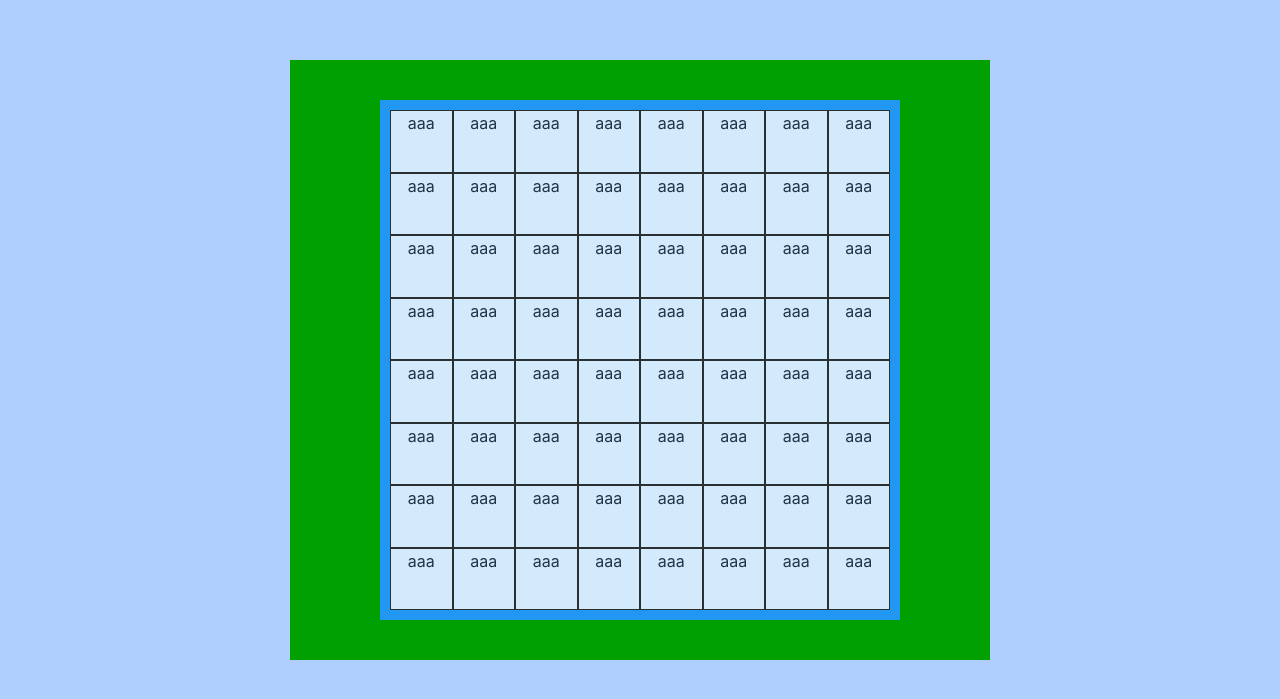
Repository: eliaoucohen72/react-reversi
Page: /
An editor plug-in stored every save of this project. The page is shown before and after a run of saves, followed by the edit.
The browser window is 1280 px wide. The pictures show the whole page.
The project was rebuilt for these pictures with package versions that can differ from the ones it lists, and the page was loaded fresh each time. Also part of the build but not shown: vite.config.ts.

Above is the page before, as saved 2024-08-26 12:55:49.

### src/App.tsx
import "./App.css";

function App() {
  const returnBoard = () =>
    Array.from({ length: 64 }, (x: number) => {
      return <div className="grid-item">{x}aaa</div>;
    });

  return (
    <div className="wrapper">
      <div className="subWrapper">
        <div className="grid-container">{returnBoard()}</div>
      </div>
    </div>
  );
}

export default App;

### src/App.css
.wrapper {
  width: 100vw;
  height: 100vh;
  background-color: #afcffe;
  position: relative;
}

.subWrapper {
  position: absolute;
  width: 700px;
  height: 600px;
  background-color: #00a000;
  top: 50%;
  left: 50%;
  transform: translate(-50%, -50%);
  display: flex;
  align-items: center;
  justify-content: center;
}

.grid-container {
  display: grid;
  grid-template-columns: 12.5% 12.5% 12.5% 12.5% 12.5% 12.5% 12.5% 12.5%;
  background-color: #2196f3;
  padding: 10px;
  width: 500px;
  height: 500px;
}
.grid-item {
  background-color: rgba(255, 255, 255, 0.8);
  border: 1px solid rgba(0, 0, 0, 0.8);
  text-align: center;
  font-size: 16px;
}

Loaded but not shown: index.html (common file); src/main.tsx (common file); src/index.css (common file)

After the next 3 saves:
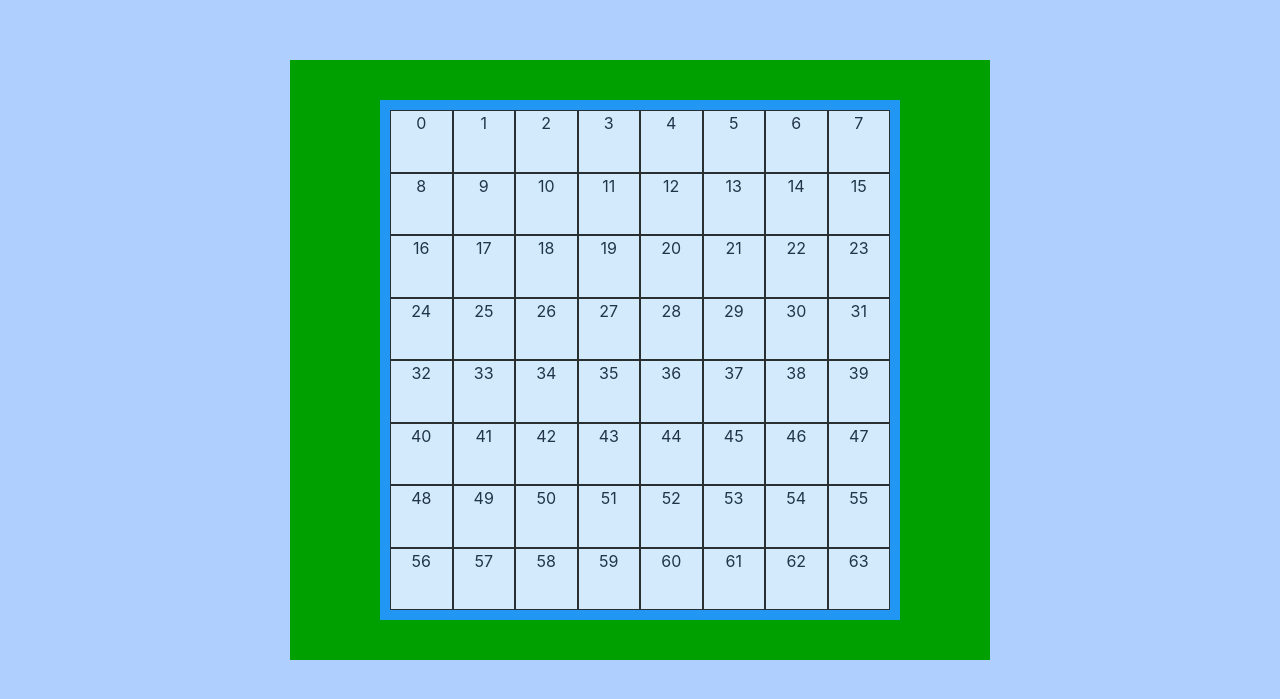
The 3 saves are shown as one change because they came seconds apart.
The last was saved 14 s later.
--- a/src/App.tsx
+++ b/src/App.tsx
@@ -2,8 +2,8 @@ import "./App.css";
 
 function App() {
   const returnBoard = () =>
-    Array.from({ length: 64 }, (x: number) => {
-      return <div className="grid-item">{x}aaa</div>;
+    Array.from({ length: 64 }, (x: number, i: number) => {
+      return <div className="grid-item">{i}</div>;
     });
 
   return (
